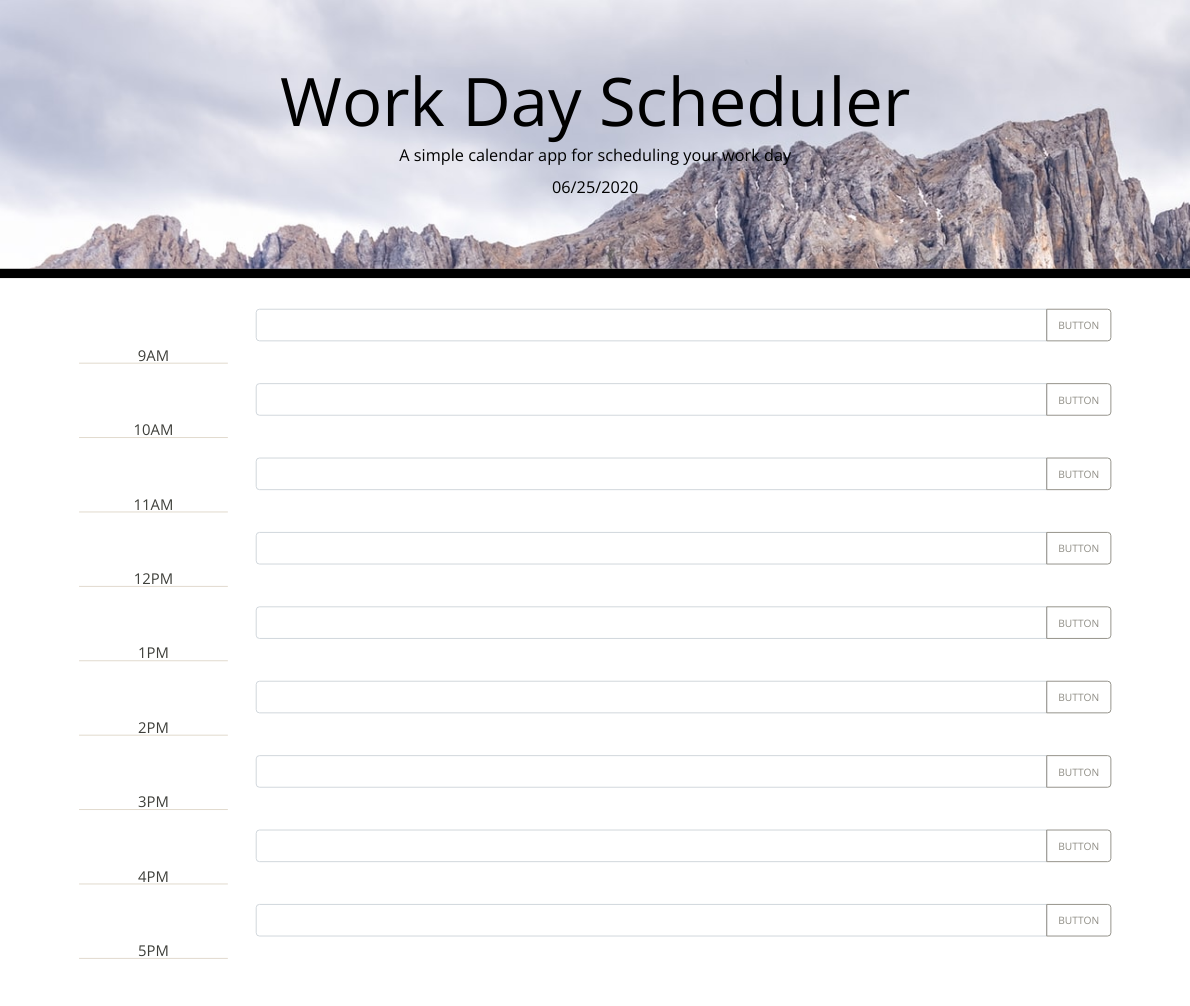
Repository: himaja830/Day-Planner
Page: Develop/index.html
An editor plug-in stored every save of this project. The page is shown before and after the next save, followed by the edit.
The browser window is 1280 px wide. The pictures show the whole page, at 93% of full size.
Some web libraries are served in a nearby version.

Above is the page before, as saved 2020-06-25 15:23:12.

### Develop/index.html
<!DOCTYPE html>
<html lang="en">

<head>
  <meta charset="UTF-8" />
  <meta name="viewport" content="width=device-width, initial-scale=1.0" />
  <meta http-equiv="X-UA-Compatible" content="ie=edge" />
  <link rel="stylesheet" href="https://stackpath.bootstrapcdn.com/bootstrap/4.3.1/css/bootstrap.min.css" />
  <link href="https://stackpath.bootstrapcdn.com/bootswatch/4.5.0/sandstone/bootstrap.min.css" rel="stylesheet" integrity="sha384-ztQCCdmKhYHBDMV3AyR4QGZ2/z6veowJBbsmvDJW/sTuMpB9lpoubJuD0ODGSbjh" crossorigin="anonymous">
  <link rel="stylesheet" href="https://use.fontawesome.com/releases/v5.8.1/css/all.css"
    integrity="sha384-50oBUHEmvpQ+1lW4y57PTFmhCaXp0ML5d60M1M7uH2+nqUivzIebhndOJK28anvf" crossorigin="anonymous" />
  <link href="https://fonts.googleapis.com/css?family=Open+Sans&display=swap" rel="stylesheet" />
  <link rel="stylesheet" href="style.css" />
  <title>Work Day Scheduler</title>
</head>

<body>
  <header class="jumbotron">
    <h1 class="display-3">Work Day Scheduler</h1>
    <p class="lead">A simple calendar app for scheduling your work day</p>
    <p id="currentDay" class="lead"></p>
  </header>

  <!-- Timeblocks go here -->
  <div class="container">
    <form></form>
    <div class="row">
      <div class="col-2">
        <p class= "border-bottom">9AM</p>
      </div>
      <div class="input-group mb-3 col-10">
        <input type="text" class="form-control"  aria-label="Recipient's username"
          aria-describedby="button-addon2" id="9">
        <div class="input-group-append">
          <button class="btn btn-outline-secondary" type="button" id="button-addon9" data-time="9">Button</button>
        </div>
      </div>
    </div>
  </form>
    <form>
      <div class="row">
        <div class="col-2">
          <p class="border-bottom">10AM</p>
        </div>
        <div class="input-group mb-3 col-10">
          <input type="text" class="form-control"  aria-label="Recipient's username"
            aria-describedby="button-addon2" id="10">
          <div class="input-group-append">
            <button class="btn btn-outline-secondary" type="button" id="button-addon10" data-time="10">Button</button>
          </div>
        </div>
      </div>
    </form>
    <div class="row">
      <div class="col-2">
        <p class="border-bottom">11AM</p>
      </div>
      <div class="input-group mb-3 col-10">
        <input type="text" class="form-control"  aria-label="Recipient's username"
          aria-describedby="button-addon2" id="11">
        <div class="input-group-append">
          <button class="btn btn-outline-secondary" type="button" id="button-addon11" data-time="11">Button</button>
        </div>
      </div>
    </div>
  </form>

    <form>
      <div class="row">
        <div class="col-2" >
          <p class="border-bottom">12PM</p>
        </div>
        <div class="input-group mb-3 col-10">
          <input type="text" class="form-control"  aria-label="Recipient's username"
            aria-describedby="button-addon2" id="12">
          <div class="input-group-append">
            <button class="btn btn-outline-secondary" type="button" id="button-addon12" data-time="12">Button</button>
          </div>
        </div>
      </div>
    </form>

    <form>
      <div class="row">
        <div class="col-2">
          <p class="border-bottom">1PM</p>
        </div>
        <div class="input-group mb-3 col-10">
          <input type="text" class="form-control"  aria-label="Recipient's username"
            aria-describedby="button-addon2" id="1">
          <div class="input-group-append">
            <button class="btn btn-outline-secondary" type="button" id="button-addon1" data-time="1">Button</button>
          </div>
        </div>
      </div>
    </form>

    <form>
      <div class="row">
        <div class="col-2">
          <p class="border-bottom">2PM</p>
        </div>
        <div class="input-group mb-3 col-10">
          <input type="text" class="form-control"  aria-label="Recipient's username"
            aria-describedby="button-addon2" id="2">
          <div class="input-group-append">
            <button class="btn btn-outline-secondary" type="button" id="button-addon2" data-time="2">Button</button>
          </div>
        </div>
      </div>
    </form>
    <form>
      <div class="row">
        <div class="col-2">
          <p class="border-bottom">3PM</p>
        </div>
        <div class="input-group mb-3 col-10">
          <input type="text" class="form-control"  aria-label="Recipient's username"
            aria-describedby="button-addon2" id="3">
          <div class="input-group-append">
            <button class="btn btn-outline-secondary" type="button" id="button-addon3" data-time="3">Button</button>
          </div>
        </div>
      </div>
    </form>

    <form>
      <div class="row">
        <div class="col-2">
          <p class="border-bottom">4PM</p>
        </div>
        <div class="input-group mb-3 col-10">
          <input type="text" class="form-control"  aria-label="Recipient's username"
            aria-describedby="button-addon2" id="4">
          <div class="input-group-append">
            <button class="btn btn-outline-secondary" type="button" id="button-addon4" data-time="4">Button</button>
          </div>
        </div>
      </div>
    </form>

    <form>
      <div class="row">
        <div class="col-2">
          <p class="border-bottom">5PM</p>
        </div>
        <div class="input-group mb-3 col-10">
          <input type="text" class="form-control"  aria-label="Recipient's username"
            aria-describedby="button-addon2" id="5">
          <div class="input-group-append">
            <button class="btn btn-outline-secondary" type="button" id="button-addon5" data-time="5">Button</button>
          </div>
        </div>
      </div>
    </form>
  </div>


  <script src="https://code.jquery.com/jquery-3.4.1.min.js"></script>
  <script src="https://cdnjs.cloudflare.com/ajax/libs/moment.js/2.24.0/moment.min.js"></script>
  <script src="script.js"></script>
</body>

</html>

### Develop/style.css
body {
  font-family: 'Open Sans', sans-serif;
  font-size: 16px;
  line-height: 1;
}


textarea{
  background: transparent;
  border: none;
  resize: none;
  color: #000000;
  border-left: 1px solid black;
  padding: 10px;
}

.jumbotron {
  text-align: center;
  background-color: transparent;
  font-weight: bolder;
  color: black;
  border-radius: 0;
  border-bottom: 10px solid black;
  background-image: url("riccardo-chiarini-2VDa8bnLM8c-unsplash (2).jpg");
}

.description{
  white-space: pre-wrap;
}

.time-block{
  text-align: center;
  border-radius: 15px;
}

.row {
  white-space: pre-wrap;
  height: 80px;
  border-top: 1px solid white;;
}

.hour {
  background-color: #ffffff;
  color: #000000;
  border-top: 1px dashed #000000;
}

.past {
  background-color: #d3d3d3;
  color: white;
}

.present {
  background-color: #ff6961;
  color: white;
}

.future {
  background-color: #77dd77;
  color: white;
}

.saveBtn {
  border-left: 1px solid black;
  border-top-right-radius: 15px;
  border-bottom-right-radius: 15px;
  background-color: #06AED5;
  color: white;
}
.border-bottom {
  text-align: center;
  margin-top: 10px;


}

.saveBtn i:hover {
  font-size: 20px;
  transition: all .3s ease-in-out;
}
.btn {
  height: 35px;
}
.bg-red {
  background-color: rgb(255, 1, 1);
}
.bg-green {

  background-color: rgba(8, 131, 8, 0.788);
}

.bg-gray {
  background-color: #cfdce9da;
}

### Develop/script.js
$(document).ready(() => {
    localStorage.setItem("userData",[]);


    var now = moment().format("MM/DD/YYYY");
    var date = $("#currentDay");
    date.text(now);



    $(".btn").on("click", function (event) {
        event.preventDefault();
        var inputText = event.target;
        var input = $(this).attr("data-time");
        var inputText = $(`#${input}`).val();
        localStorage.setItem("inputText",$(`#${input}`).val());
    })


    function setItemStorage(userData){
         var userData = getItem
    }

    $("input").each(function () {
        var inputText = parseInt($(this).attr("data-time"));
        if (inputText < now) {
            $(this).addClass("bg-gray");
        }


        if (inputText > now) {
            $(this).addClass("bg-green")
        }

        if (inputText === now) {
            $(this).addClass("bg-red")
        }
})


});

After the next save:
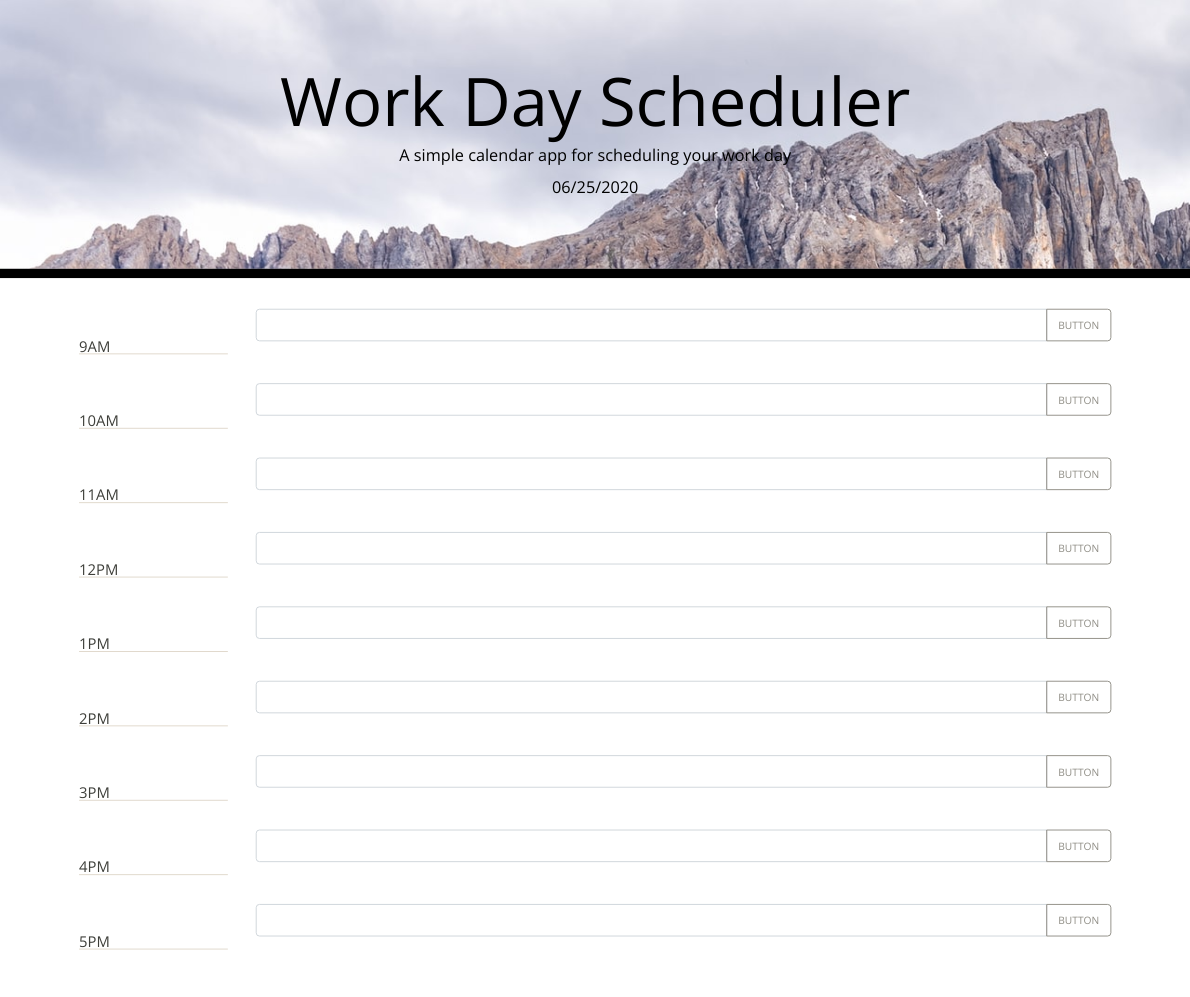
Saved 15 s later.
--- a/Develop/style.css
+++ b/Develop/style.css
@@ -67,12 +67,9 @@ textarea{
   background-color: #06AED5;
   color: white;
 }
-.border-bottom {
-  text-align: center;
-  margin-top: 10px;
 
 
-}
+
 
 .saveBtn i:hover {
   font-size: 20px;
